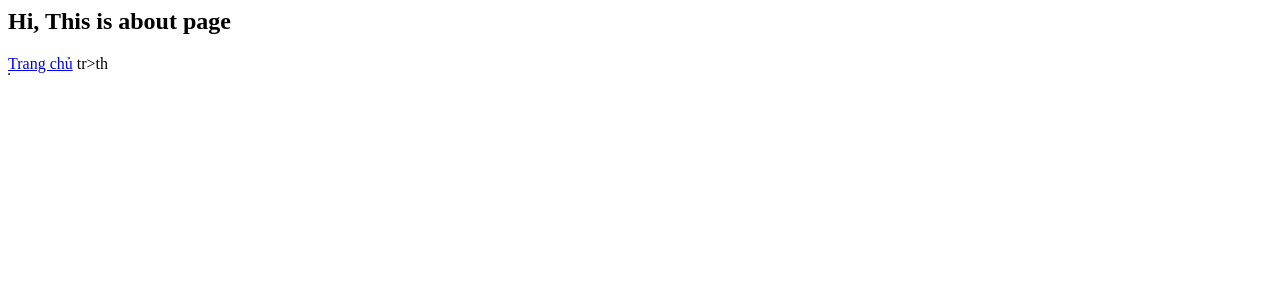
Repository: Tranghii/HTML-CSS
Page: HTML&CSS/about.html
An editor plug-in stored every save of this project. The page is shown before and after a run of saves, followed by the edit.
The browser window is 1280 px wide. The pictures show the whole page.

Above is the page before, as saved 2025-10-11 16:33:04.

### HTML&CSS/about.html
<h2>Hi, This is about page</h2>
<a href="index.html">Trang chủ</a>

<table border="1">
    <thead>
        tr>th
    </thead>
</table>

After the next 6 saves:
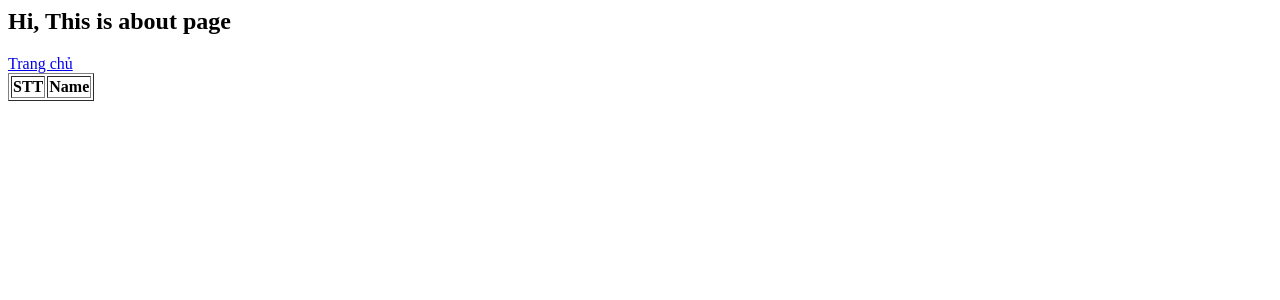
The 6 saves are shown as one change because they came seconds apart.
The last was saved 15 s later.
--- a/HTML&CSS/about.html
+++ b/HTML&CSS/about.html
@@ -3,6 +3,10 @@
 
 <table border="1">
     <thead>
-        tr>th
+        <tr>
+            <th>STT</th>
+            <th>Name</th>
+        </tr>
     </thead>
+
 </table>
